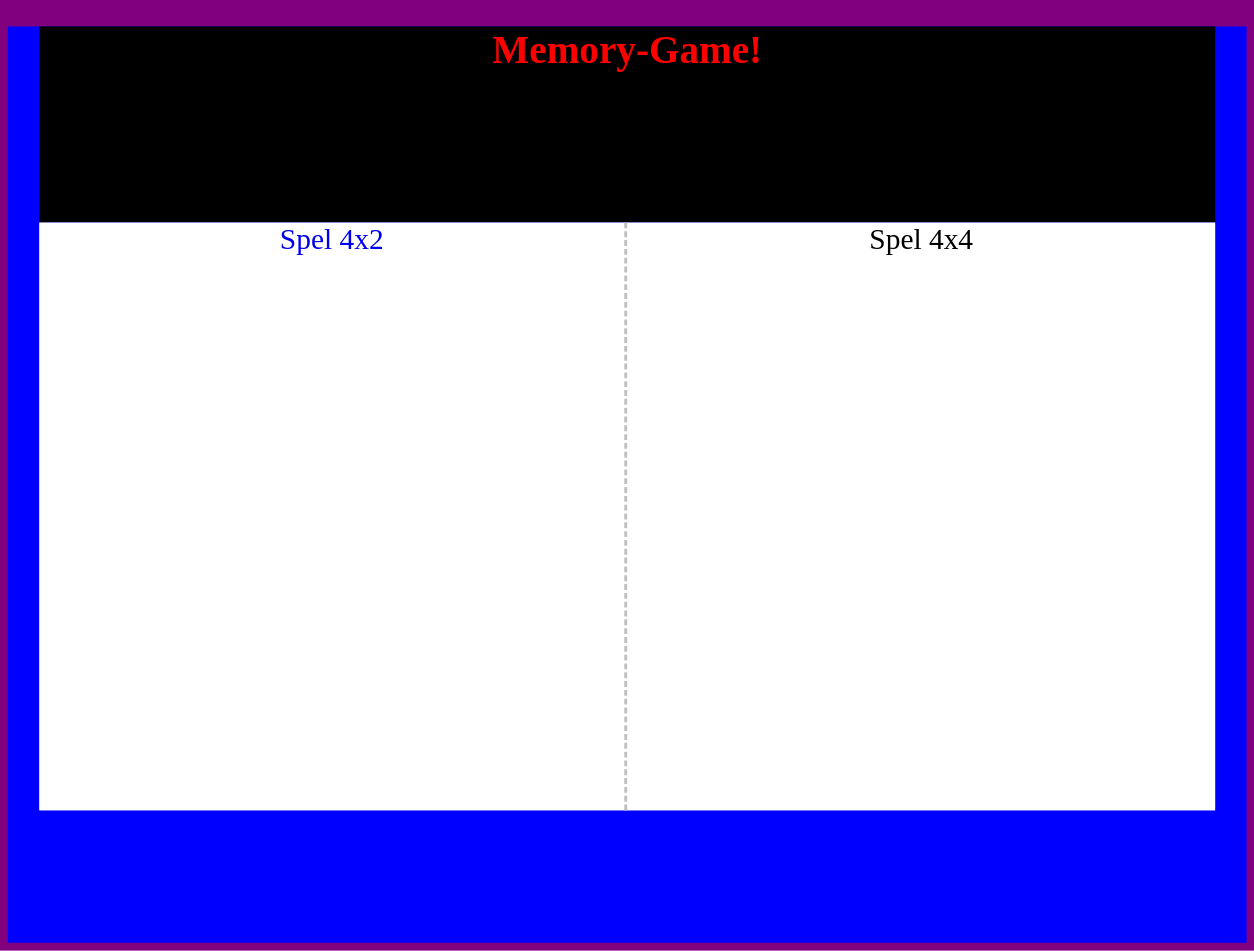
Repository: al223jw/1dv403-laborationer
Page: 3-gameon/memory/index.html
The author's editor kept a record of every edit. The page is drawn from the files as they stood at one moment, then again after the next edit.
The browser window is 1280 px wide. The pictures show the whole page, at 98% of full size.

Above is the page before.
Not found: 3-gameon/memory/script/random.js

After the next edit:
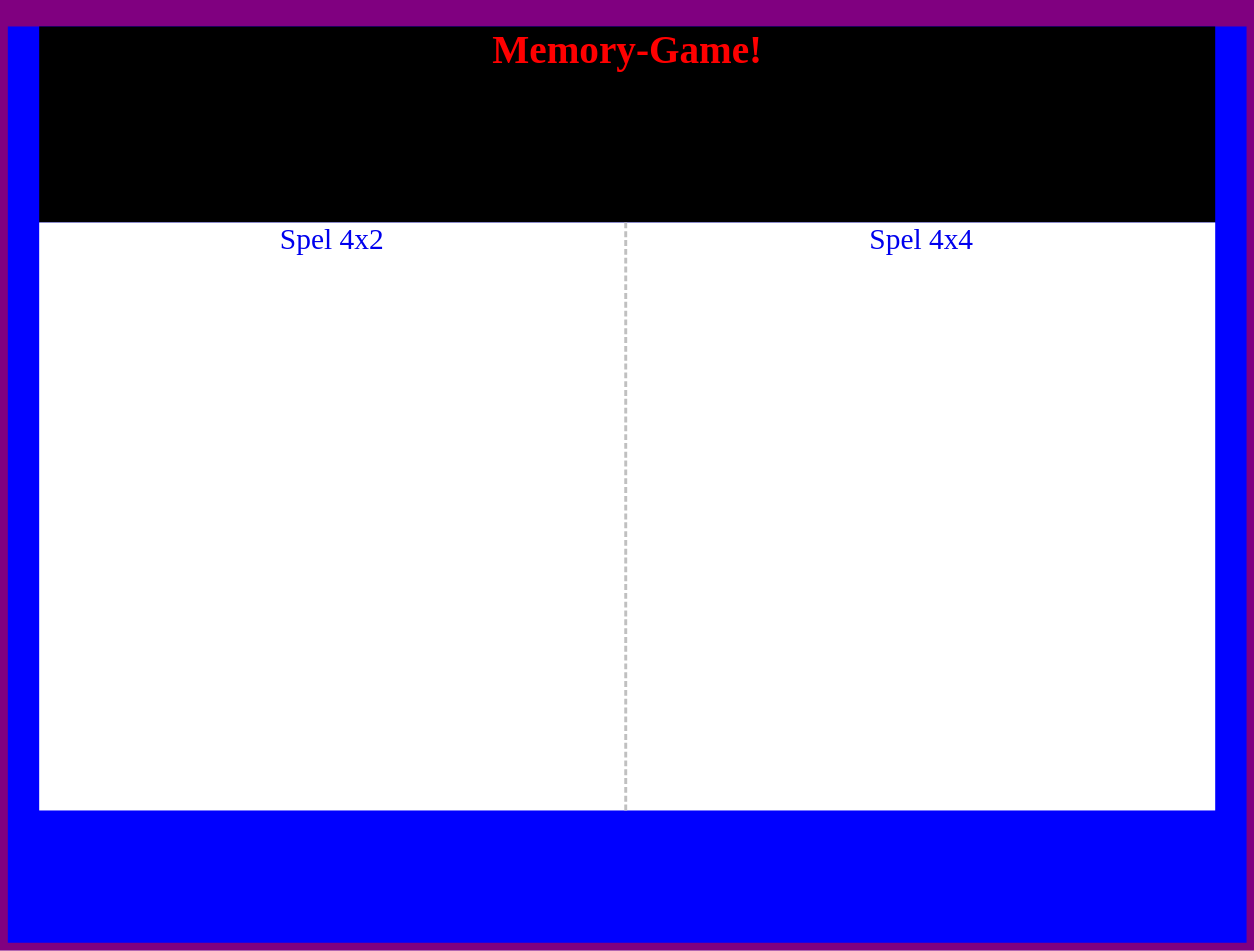
The edit:
--- a/3-gameon/memory/index.html
+++ b/3-gameon/memory/index.html
@@ -19,7 +19,10 @@
                     <a id="startgame1" href="#"><div id="header1">Spel 4x2</div></a>
                 </div>
                 <div id="section2">
-                    <a><div id="header2">Spel 4x4</div></a>
+                    <a id="startgame2" href="#">
+                        <div id="header2">Spel 4x4</div>
+                    </a>
+
                 </div>
                 <div id="section3">
                     <p id="text"></p>
